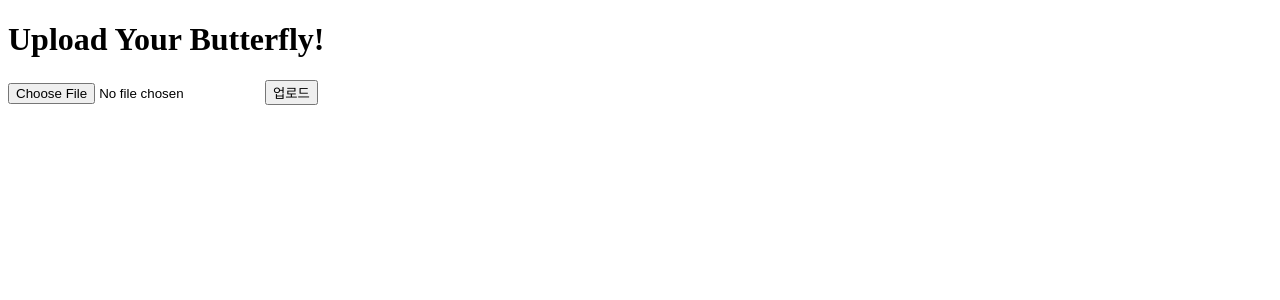
Repository: prishasbangera/Butterfly-Interactive-Projection
Page: http://localhost/
The author's editor kept a copy of each file at every save. The page is drawn from the files as they stood at one save, then again after the next save.
The browser window is 1280 px wide. The pictures show the whole page.
The page is served by the project's application, run on Flask 3 (ImageUpload/app.py).

Above is the page before, as saved 2025-12-05 22:52:12.

After the next save:
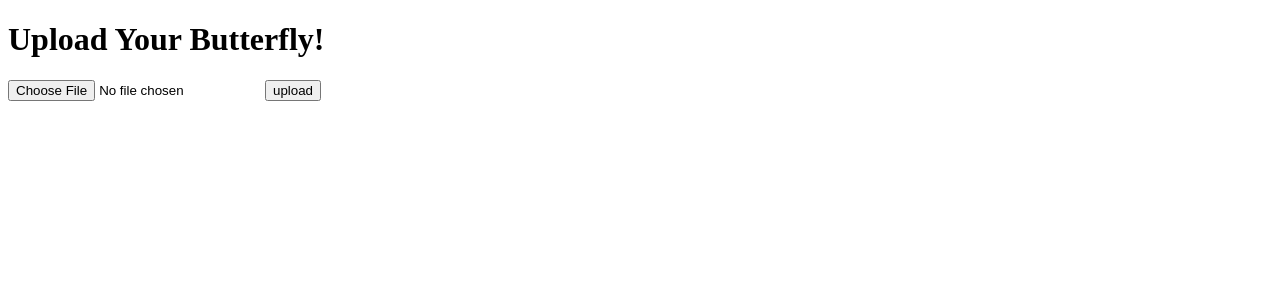
Saved 5 s later.
--- a/ImageUpload/templates/index.html
+++ b/ImageUpload/templates/index.html
@@ -9,7 +9,7 @@
 
   <form method="POST" enctype="multipart/form-data">
     <input type="file" name="file" accept="image/*" />
-    <button type="submit">업로드</button>
+    <button type="submit">upload</button>
   </form>
 
   {% if img_url %}
